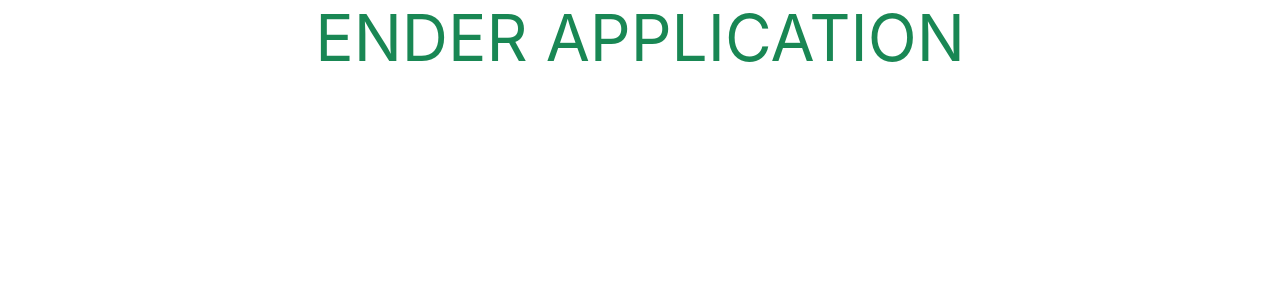
Repository: oluwaseyi9325/react-redux
Page: /mailer
These files come from the project's save history. The page is drawn as it stood at one moment and after the next save; the edit follows.
The browser window is 1280 px wide. The pictures show the whole page.
The project was rebuilt for these pictures with package versions that can differ from the ones it lists, and the page was loaded fresh each time. Also part of the build but not shown: src/Pages/Index.tsx, src/Pages/NotFond.tsx.

Above is the page before, as saved 2023-04-18 17:13:57.

### public/index.html
<!DOCTYPE html>
<html lang="en">

<head>
  <meta charset="utf-8" />
  <link rel="icon" href="%PUBLIC_URL%/favicon.ico" />
  <meta name="viewport" content="width=device-width, initial-scale=1" />
  <meta name="theme-color" content="#000000" />
  <meta name="description" content="Web site created using create-react-app" />
  <link rel="apple-touch-icon" href="%PUBLIC_URL%/logo192.png" />
  <link rel="manifest" href="%PUBLIC_URL%/manifest.json" />
  <link href="https://cdn.jsdelivr.net/npm/bootstrap@5.2.3/dist/css/bootstrap.min.css" rel="stylesheet" integrity="sha384-rbsA2VBKQhggwzxH7pPCaAqO46MgnOM80zW1RWuH61DGLwZJEdK2Kadq2F9CUG65" crossorigin="anonymous">
  <script src="https://cdn.jsdelivr.net/npm/bootstrap@5.2.3/dist/js/bootstrap.bundle.min.js" integrity="sha384-kenU1KFdBIe4zVF0s0G1M5b4hcpxyD9F7jL+jjXkk+Q2h455rYXK/7HAuoJl+0I4" crossorigin="anonymous"></script>
  <link rel="stylesheet" href="https://cdn.jsdelivr.net/npm/bootstrap-icons@1.10.3/font/bootstrap-icons.css">
  <title>SMS SENDER</title>
</head>

<body>
  <noscript>You need to enable JavaScript to run this app.</noscript>
  <div id="root"></div>
</body>

</html>

### src/index.tsx
import React from 'react';
import ReactDOM from 'react-dom/client';
import './index.css';
import App from './App';
import reportWebVitals from './reportWebVitals';
import { BrowserRouter } from 'react-router-dom';

const root = ReactDOM.createRoot(
  document.getElementById('root') as HTMLElement
);
root.render(
  <React.StrictMode>
    <BrowserRouter>
    <App />

    </BrowserRouter>
  </React.StrictMode>
);

// If you want to start measuring performance in your app, pass a function
// to log results (for example: reportWebVitals(console.log))
// or send to an analytics endpoint. Learn more: https://bit.ly/CRA-vitals
reportWebVitals();

### src/App.tsx
import React from 'react'
import { Route, Router, Routes } from 'react-router-dom'
import Index from './Pages/Index'
import Mailer from './Pages/Mailer'
import NotFond from './Pages/NotFond'

const App = () => {

  return (
    <>
    <Routes>
      <Route path='/' element={<Index/>} />
      <Route path='/mailer' element={<Mailer/>} />
      <Route path='*' element={<NotFond/>}/>
    </Routes>
    </>
  )
}

export default App

### src/Pages/Mailer.tsx
import React from 'react'
import NavBar from '../Components/NavBar'

const Mailer = () => {
  return (
    <div>
      <NavBar/>
    </div>
  )
}

export default Mailer

### src/Components/NavBar.tsx
import React from 'react'

const NavBar = () => {
  return (
    <>

      <div className='text-center'>
        <h4 className='text-success display-3'><b>ENDER APPLICATION</b></h4>
      </div>

    </>
  )
}

export default NavBar

Loaded but not shown: src/index.css (common file); src/reportWebVitals.ts (common file)

After the next save:
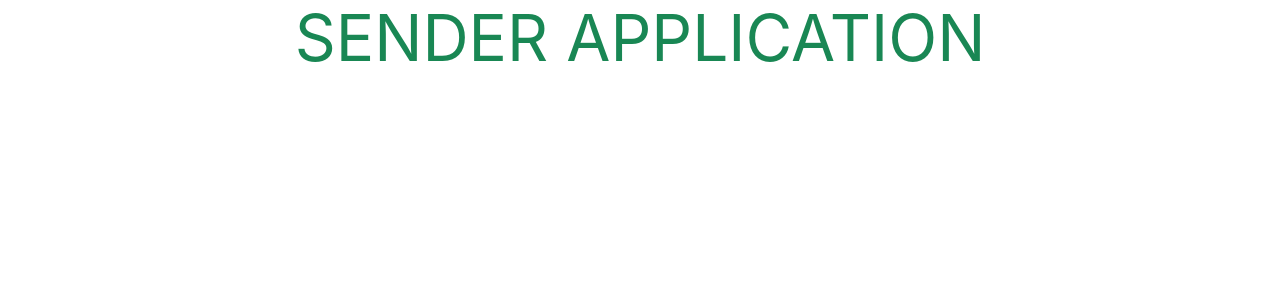
Saved 8 s later.
--- a/src/Components/NavBar.tsx
+++ b/src/Components/NavBar.tsx
@@ -5,7 +5,7 @@
     <>
 
       <div className='text-center'>
-        <h4 className='text-success display-3'><b>ENDER APPLICATION</b></h4>
+        <h4 className='text-success display-3'><b>SENDER APPLICATION</b></h4>
       </div>
 
     </>
